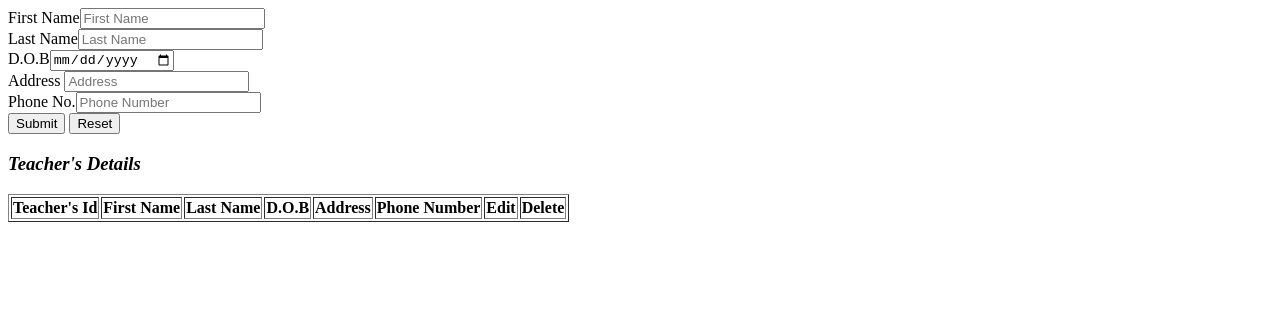
Repository: shubhamsingh331/Learners_Academy
Page: http://localhost/LearnersAcademy/Teachers/TeachEdit.jsp
The author's editor kept a copy of each file at every save. The page is drawn from the files as they stood at one save, then again after the next save.
The browser window is 1280 px wide. The pictures show the whole page.
The page is served by Tomcat 9. Queries for data that is not in the repository find no rows.

Above is the page before, as saved 2023-10-09 11:49:40.

After the next save:
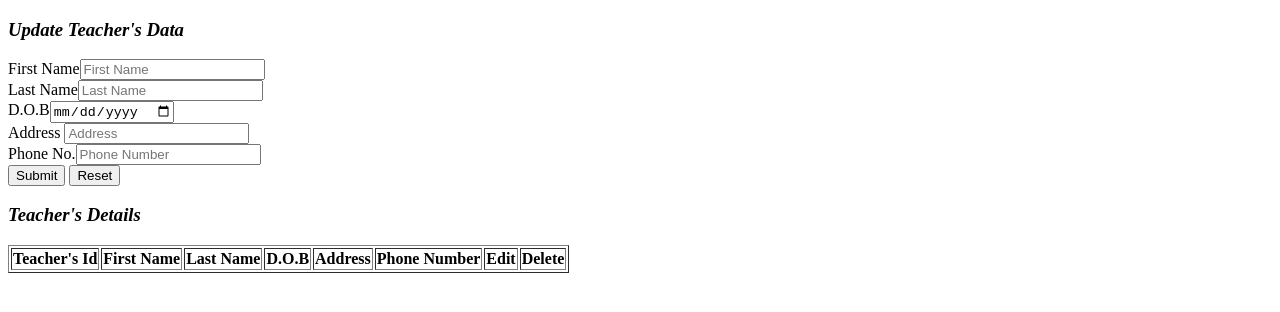
Saved 39 s later.
--- a/LearnersAcademy/src/main/webapp/Teachers/TeachEdit.jsp
+++ b/LearnersAcademy/src/main/webapp/Teachers/TeachEdit.jsp
@@ -7,6 +7,7 @@
 <title>Insert title here</title>
 </head>
 <body>
+<h3><i>Update Teacher's Data</i></h3>
 <form action="EditController.jsp" method="post">
 <input type="hidden" name="id" value="<%=request.getParameter("id")%>">
 First Name<input type="text" name="fname" placeholder="First Name"><br>
